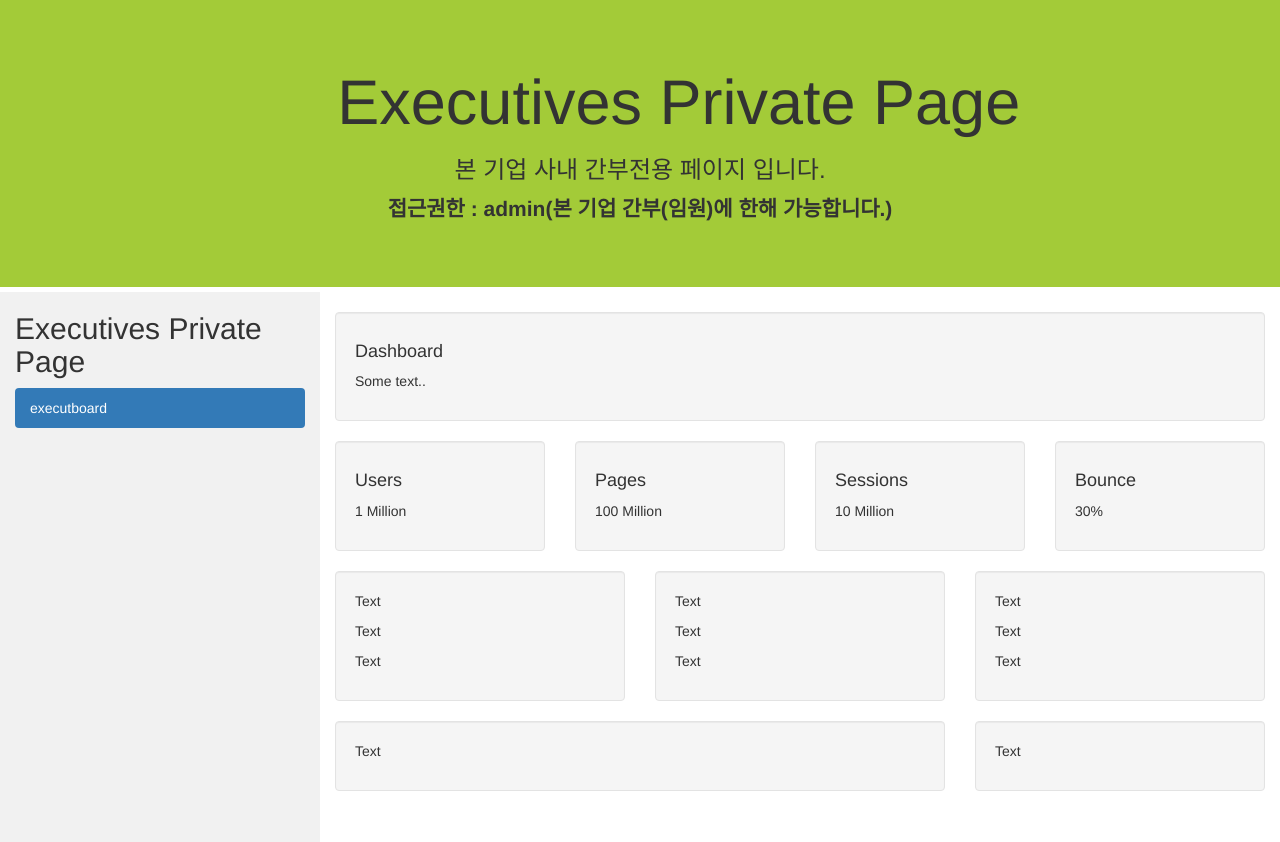
Repository: as2019a/spring
Page: http://localhost/ch19_project_mavenwebsite/WEB-INF/views/executives/maps.jsp
These files come from the project's save history. The page is drawn as it stood at one moment and after the next save; the edit follows.
The browser window is 1280 px wide. The pictures show the whole page.
Some web libraries are served in a nearby version. The page is served by Tomcat 9. Nobody is signed in. Other server files are loaded and not shown. The template is opened directly, without the code that normally fills it, so the values that code supplies are empty.

Above is the page before, as saved 2019-01-29 08:55:21.

### ch19_project_mavenwebsite/src/main/webapp/WEB-INF/views/executives/maps.jsp
<%@ page language="java" contentType="text/html; charset=UTF-8"
    pageEncoding="UTF-8"%>
<%@ taglib prefix="c" uri="http://java.sun.com/jsp/jstl/core" %>
<!DOCTYPE html>
<html>
<head>
<meta charset="UTF-8">
<meta name="viewport"
 	  content="width=device-width, initial-scale=1">
<title>Executives Web Page</title>
<link href="https://maxcdn.bootstrapcdn.com/bootstrap/3.3.2/css/bootstrap.min.css" rel="stylesheet">
<link rel="stylesheet" href="https://cdnjs.cloudflare.com/ajax/libs/font-awesome/4.7.0/css/font-awesome.min.css">
<link rel="stylesheet" href="https://use.fontawesome.com/releases/v5.5.0/css/all.css">
<style>
	.jumbotron{
		margin-bottom: 5px;
		text-align:center;
		background-clip:padding-box;
		background-color:#A3CB38;
	}

    /* Set height of the grid so .sidenav can be 100% (adjust as needed) */
    .row.content {height: 550px}

    /* Set gray background color and 100% height */
    .sidenav {
      background-color: #f1f1f1;
      height: 100%;
    }

    /* On small screens, set height to 'auto' for the grid */
    @media screen and (max-width: 767px) {
      .row.content {height: auto;}
    }
  </style>
</head>
<body>
	<div class="jumbotron">
	    <h1><i class="fa fa-diamond" style="font-size:60px"></i> Executives Private Page</h1>
	    <h3>본 기업 사내 간부전용 페이지 입니다.</h3>
	    <p><b>접근권한 : admin(본 기업 간부(임원)에 한해 가능합니다.)</b></p>
	</div>
	<nav class="navbar navbar-inverse visible-xs">
	  <div class="container-fluid">
	    <div class="navbar-header">
	      <button type="button" class="navbar-toggle" data-toggle="collapse" data-target="#myNavbar">
	        <span class="icon-bar"></span>
	        <span class="icon-bar"></span>
	        <span class="icon-bar"></span>
	      </button>
	      <a class="navbar-brand" href="executives/onadmin">Executives Private Page</a>
	    </div>
	    <div class="collapse navbar-collapse" id="myNavbar">
	      <ul class="nav navbar-nav">
	        <li class="active"><a href="executives/executboard">executboard</a></li>
	        <li><a href="executives/"></a></li>
	        <li><a href="#"></a></li>
	        <li><a href="#"></a></li>
	      </ul>
	    </div>
	  </div>
	</nav>

	<div class="container-fluid">
	  <div class="row content">
	    <div class="col-sm-3 sidenav hidden-xs">
	      <h2>Executives Private Page</h2>
	      <ul class="nav nav-pills nav-stacked">
	        <li class="active"><a href="executives/executboard">executboard</a></li>
	        <li><a href="#section2"></a></li>
	        <li><a href="#section3"></a></li>
	        <li><a href="#section3"></a></li>
	      </ul><br>
	    </div>
	    <br>

	    <div class="col-sm-9">
	      <div class="well">
	        <h4>Dashboard</h4>
	        <p>Some text..</p>
	      </div>
	      <div class="row">
	        <div class="col-sm-3">
	          <div class="well">
	            <h4>Users</h4>
	            <p>1 Million</p>
	          </div>
	        </div>
	        <div class="col-sm-3">
	          <div class="well">
	            <h4>Pages</h4>
	            <p>100 Million</p>
	          </div>
	        </div>
	        <div class="col-sm-3">
	          <div class="well">
	            <h4>Sessions</h4>
	            <p>10 Million</p>
	          </div>
	        </div>
	        <div class="col-sm-3">
	          <div class="well">
	            <h4>Bounce</h4>
	            <p>30%</p>
	          </div>
	        </div>
	      </div>
	      <div class="row">
	        <div class="col-sm-4">
	          <div class="well">
	            <p>Text</p>
	            <p>Text</p>
	            <p>Text</p>
	          </div>
	        </div>
	        <div class="col-sm-4">
	          <div class="well">
	            <p>Text</p>
	            <p>Text</p>
	            <p>Text</p>
	          </div>
	        </div>
	        <div class="col-sm-4">
	          <div class="well">
	            <p>Text</p>
	            <p>Text</p>
	            <p>Text</p>
	          </div>
	        </div>
	      </div>
	      <div class="row">
	        <div class="col-sm-8">
	          <div class="well">
	            <p>Text</p>
	          </div>
	        </div>
	        <div class="col-sm-4">
	          <div class="well">
	            <p>Text</p>
	          </div>
	        </div>
	      </div>
	    </div>
	  </div>
	</div>
	<script src="https://code.jquery.com/jquery-3.3.1.min.js"></script>
	<script src="https://maxcdn.bootstrapcdn.com/bootstrap/3.3.2/js/bootstrap.min.js"></script>
</body>
</html>

After the next save:
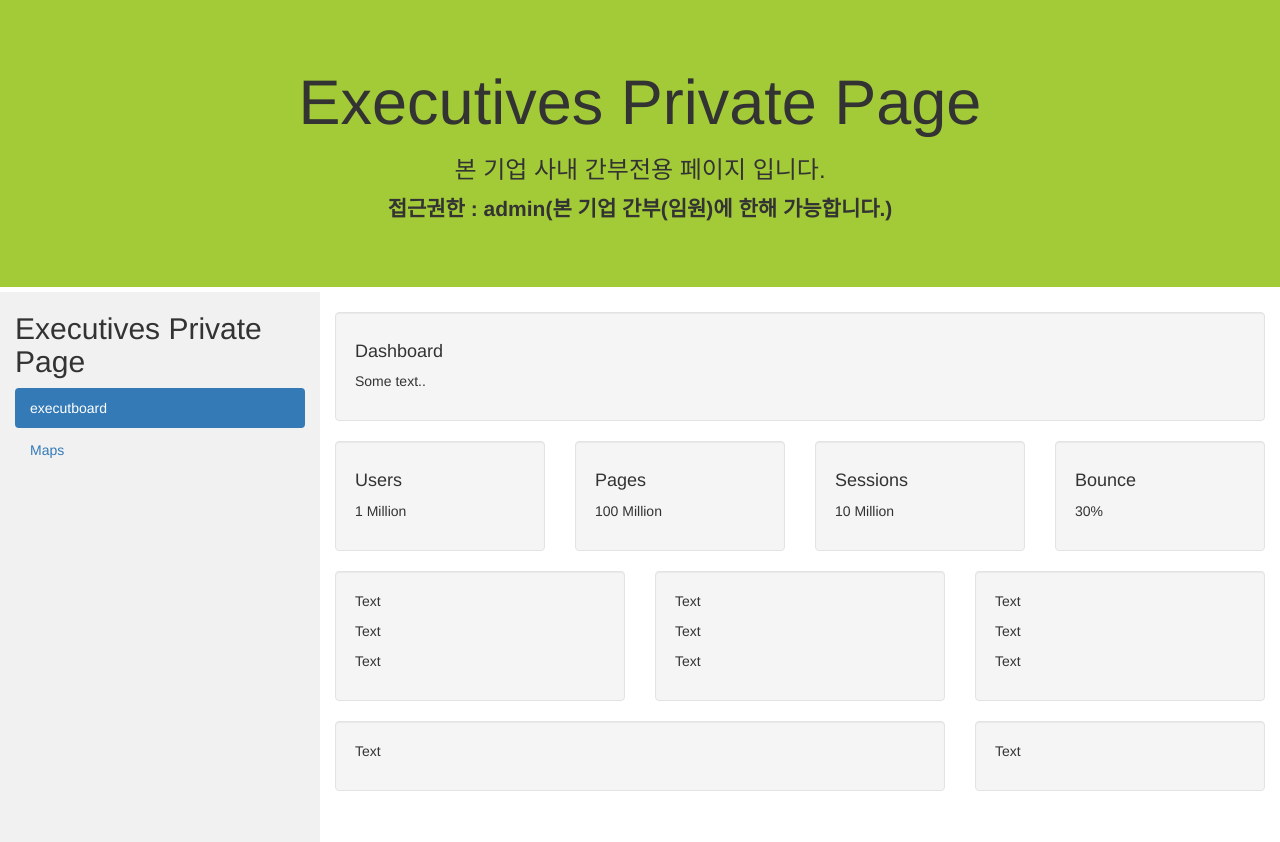
Saved 2 min 10 s later.
--- a/ch19_project_mavenwebsite/src/main/webapp/WEB-INF/views/executives/maps.jsp
+++ b/ch19_project_mavenwebsite/src/main/webapp/WEB-INF/views/executives/maps.jsp
@@ -36,7 +36,7 @@
 </head>
 <body>
 	<div class="jumbotron">
-	    <h1><i class="fa fa-diamond" style="font-size:60px"></i> Executives Private Page</h1>
+	    <h1> Executives Private Page</h1>
 	    <h3>본 기업 사내 간부전용 페이지 입니다.</h3>
 	    <p><b>접근권한 : admin(본 기업 간부(임원)에 한해 가능합니다.)</b></p>
 	</div>
@@ -53,7 +53,7 @@
 	    <div class="collapse navbar-collapse" id="myNavbar">
 	      <ul class="nav navbar-nav">
 	        <li class="active"><a href="executives/executboard">executboard</a></li>
-	        <li><a href="executives/"></a></li>
+	        <li><a href="executives/maps">Maps</a></li>
 	        <li><a href="#"></a></li>
 	        <li><a href="#"></a></li>
 	      </ul>
@@ -67,7 +67,7 @@
 	      <h2>Executives Private Page</h2>
 	      <ul class="nav nav-pills nav-stacked">
 	        <li class="active"><a href="executives/executboard">executboard</a></li>
-	        <li><a href="#section2"></a></li>
+	        <li><a href="executives/maps">Maps</a></li>
 	        <li><a href="#section3"></a></li>
 	        <li><a href="#section3"></a></li>
 	      </ul><br>
